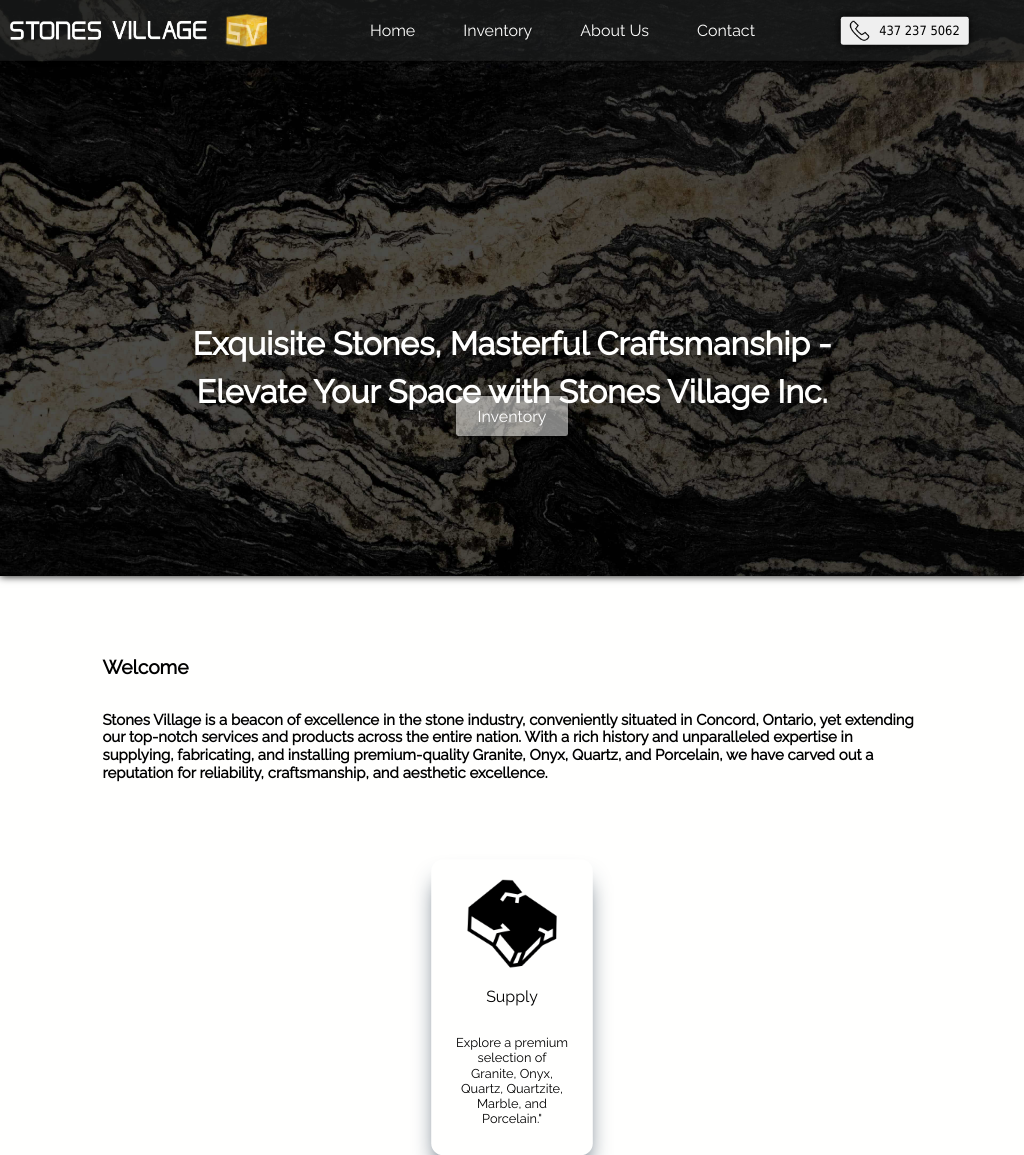
Repository: shayanabedi98/Stones-Village
Page: index.html
These files come from the project's save history. The page is drawn as it stood at one moment and after the next save; the edit follows.
The browser window is 1280 px wide. The pictures show the whole page, at 80% of full size.
Backgrounds fixed to the window are drawn as part of the page.

Above is the page before, as saved 2023-10-22 16:39:33.

### index.html
<!DOCTYPE html>
<html lang="en">
<head>
    <meta charset="UTF-8">
    <meta name="viewport" content="width=device-width, initial-scale=1.0">
    <title>Stones Village | Home</title>
    <link rel="preconnect" href="https://fonts.googleapis.com">
    <link rel="preconnect" href="https://fonts.gstatic.com" crossorigin>
    <link href="https://fonts.googleapis.com/css2?family=Raleway&display=swap" rel="stylesheet">
    <link rel="stylesheet" href="styles.css">
</head>
<body>
    <div class="grid-container">
        <div class="navbar">
            <div class="logo">
                <img id="logo-name" src="./resources/sv-name.png" alt="Company name">
                <img id="logo-cube" src="./resources/sv-cube.png" alt="Company logo">
            </div>
            <div class="navbar-menu">
                <ul>
                    <li><a href="./">Home</a></li>
                    <li><a href="./inventory">Inventory</a></li>
                    <li><a href="./about-us">About Us</a></li>
                    <li><a href="./contact">Contact</a></li>
                </ul>
            </div>
            <div class="navbar-tel">
                <button><a href="tel:+14372375062">
                    <img src="./resources/telephone-svgrepo-com.png" alt="Contact By Number">
                    437 237 5062
                </a></button>
            </div>
        </div>
        <div class="banner">
            <!-- Background Image -->
        </div>
        <div class="banner-overlay">
            <h1>Exquisite Stones, Masterful Craftsmanship - Elevate Your Space with Stones Village Inc.</h1>
            <button>Inventory</button>
        </div>
        <div class="services-container">
            <h2>Welcome</h2>
            <h3>Stones Village is a beacon of excellence in the stone industry, conveniently situated in Concord, Ontario, yet extending our top-notch services and products across the entire nation. With a rich history and unparalleled expertise in supplying, fabricating, and installing premium-quality Granite, Onyx, Quartz, and Porcelain, we have carved out a reputation for reliability, craftsmanship, and aesthetic excellence.</h3>
            <div class="card-container">
                <div class="card">
                    <img src="./resources/stone-tablet-svgrepo-com.png" alt="Icon of Stone Slab">
                    <div class="card-text">
                        <p class="card-name">Supply</p>
                        <p class="card-description">Explore a premium selection of Granite, Onyx, Quartz, Quartzite, Marble, and Porcelain."</p>
                    </div>
                </div>
            </div>

            <!-- Free Quotations
Stonica Group Inc. offers no-obligation, comprehensive quotes for all project sizes. Our experts provide a detailed cost estimate, ensuring transparency and no hidden charges.


Measurements
We use advanced tools for precise project measurements, considering the environment and potential challenges to ensure seamless integration of our fabrications into your space.


Fabrication
Our high-quality fabrication service is handled by a skilled team and cutting-edge facilities. We handle various materials and complexities, ensuring the finished product meets the highest industry standards.


Installation
Our trained professionals carry out careful and precise installations. We also perform comprehensive checks post-installation, ensuring a perfect fit and function. Your satisfaction is our ultimate goal. -->
        </div>
    </div>
    <script src="./index.js"></script>
</body>
</html>

### styles.css
body {
    background-color: #FFFFFE;
    color: #000000;
    font-family: 'Raleway', sans-serif;
    margin: 0;
    padding: 0;
}

.navbar {
    display: grid;
    grid-template-columns: 0.5fr 1fr 0.5fr;
    background-color: rgba(29, 31, 31, 0.7);
    box-shadow: 0 0 5px 0 rgb(0, 0, 0);
    padding: 10px;
    position: fixed;
    width: 100%;
    z-index: 1;
}

.logo {
    display: flex;
    align-items: center;
    justify-content: center;
}

#logo-cube {
    height: 42px;
    margin-left: 20px;
    cursor: pointer;
}

#logo-name {
    height: 28px;
    cursor: pointer;
}

.navbar-menu {
    display: grid;
    align-items: end;
}

.navbar-menu ul {
    display: flex;
    align-content: center;
    justify-content: center;
    list-style-type: none;
}

.navbar-menu a {
    text-decoration: none;
    color: #FFFFFE;
    font-size: 20px;
    margin-left: 60px;
}

.navbar-menu a:hover {
    color: #E0B739;
    transition: 0.3s;
    border-bottom: 8px solid #E0B739;
}

.navbar-menu a:not(:hover) {
    color: #FFFFFE;
    border-bottom: 0px;
    transition: 0.3s;
}

.navbar-tel {
    display: flex;
    justify-content: center;
    align-items: center;
}

.navbar-tel button {
    height: 35px;
    width: 160px;
    border: none;
    border-radius: 3px;
    box-shadow: 0 0 10px 0 rgb(0, 0, 0);
}

.navbar-tel img {
    height: 25px;
    margin-right: 12px;
}

.navbar-tel a {
    text-decoration: none;
    color: black;
    font-family: Tahoma, Verdana, sans-serif;
    font-size: 16px;
    display: flex;
    align-items: center;
    justify-content: center;
}

.banner {
    background-attachment: fixed;
    height: 100vh;
    background-size: 2100px;
    background-repeat: no-repeat;
    background-position: 0 -400px;
    transition: opacity 1s ease-in-out, background-size 0s, background-position 0s;
}

.banner-overlay {
    background-color: rgba(0, 0, 0, 0.7);
    box-shadow: 0 0 10px 0 black;
    display: grid;
    grid-template-rows: 0.8fr 1fr;
    justify-items: center;
    align-items: center;
    text-align: center;
    position: absolute;
    height: 100vh;
    width: 100%;
    top: 0;
}

.banner-overlay h1 {
    margin: 0;
    color: #FFFFFE;
    position: relative;
    font-size: 40px;
    top: 300px;
    width: 70%;
    line-height: 60px;
}

.banner-overlay button {
    font-family: 'Raleway', sans-serif;
    background-color: rgba(255, 255, 254, 0.5);
    color: white;
    border: none;
    border-radius: 3px;
    font-size: 20px;
    width: 140px;
    height: 50px;
    box-shadow: 0 0 2px 0 black;
    cursor: pointer;
}

.banner-overlay button:hover {
    box-shadow: 0 0 15px 0 black;
    background-color: rgb(224, 183, 57);
    transition: 0.3s;
}

.banner-overlay button:not(:hover) {
    box-shadow: 0 0 5px 0 black;
    transition: 0.3s;
}

.services-container {
    display: grid;
    justify-items: center;
    margin-top: 80px;
}

.services-container h2, h3 {
    width: 80%;
}

.card-container {
    display: grid;
    width: 100%;
    justify-items: center;
    margin-top: 80px;
}

.card {
    width: 15%;
    display: grid;
    justify-items: center;
    border-radius: 15px;
    box-shadow: rgb(38, 57, 77) 0px 20px 30px -10px;
    padding: 20px 5px;
}

.card img {
    height: 120px;
}

.card-text {
    display: grid;
    text-align: center;
    justify-items: center;
}

.card-name {
    font-size: 20px;
}

.card-description {
    width: 75%;
}

### index.js
const banner = document.querySelector('.banner');
const bannerImg = ['./resources/aaron-huber-G7sE2S4Lab4-unsplash.jpg', './resources/black-marble-texture2-min2.jpg', './resources/engin-akyurt-m555vEfryhE-unsplash.jpg', './resources/marble-2398956_1920.jpg'];
let bannerImgIndex = 0;
const logoName = document.querySelector('#logo-name');
const logoCube = document.querySelector('#logo-cube');
const navbar = document.querySelector('.navbar');

logoCube.addEventListener('click', () => {
    window.location.replace('./')
})

logoCube.addEventListener('mouseover', () => {
    navbar.style.backgroundColor = 'rgba(224, 183, 57,0.3)'
    navbar.style.transition = '4s'
})

logoCube.addEventListener('mouseout', () => {
    navbar.style.backgroundColor = 'rgba(29, 31, 31, 0.7)'
    navbar.style.transition = '2s'
})

logoName.addEventListener('click', () => {
    window.location.replace('./')
})

logoName.addEventListener('mouseover', () => {
    navbar.style.backgroundColor = 'rgba(224, 183, 57,0.3)'
    navbar.style.transition = '4s'
})

logoName.addEventListener('mouseout', () => {
    navbar.style.backgroundColor = 'rgba(29, 31, 31, 0.7)'
    navbar.style.transition = '2s'
})

const bannerImgChanger = () => {
    banner.style.opacity = '0'
    bannerImgIndex = (bannerImgIndex + 1) % bannerImg.length;
    banner.style.background = `url(${bannerImg[bannerImgIndex]})`;

    if (bannerImgIndex === 0) {
        banner.style.backgroundSize = '2100px';
        banner.style.backgroundPosition = '0 -400px'
        banner.style.backgroundAttachment = 'fixed';
        banner.style.opacity = '1'
        banner.style.transition = 'opacity 1s ease-in, background-size 0s, background-position 0s;';
        setTimeout(() => {
            banner.style.opacity = '0'
        }, 7000)

    } else if (bannerImgIndex === 1) {
        banner.style.backgroundSize = '2000px';
        banner.style.backgroundAttachment = 'fixed';
        banner.style.opacity = '1'
        banner.style.transition = 'opacity 1s ease-in, background-size 0s, background-position 0s;';
        setTimeout(() => {
            banner.style.opacity = '0'
        }, 7000)

    } else if (bannerImgIndex === 2) {
        banner.style.backgroundAttachment = 'fixed';
        banner.style.opacity = '1'
        banner.style.transition = 'opacity 1s ease-in, background-size 0s, background-position 0s;';
        setTimeout(() => {
            banner.style.opacity = '0'
        }, 7000)
    } else if (bannerImgIndex === 3) {
        banner.style.backgroundAttachment = 'fixed';
        banner.style.opacity = '1'
        banner.style.transition = 'opacity 1s ease-in, background-size 0s, background-position 0s;';
        setTimeout(() => {
            banner.style.opacity = '0'
        }, 7000)
    }
};

bannerImgChanger();

setInterval(bannerImgChanger, 8000)

After the next save:
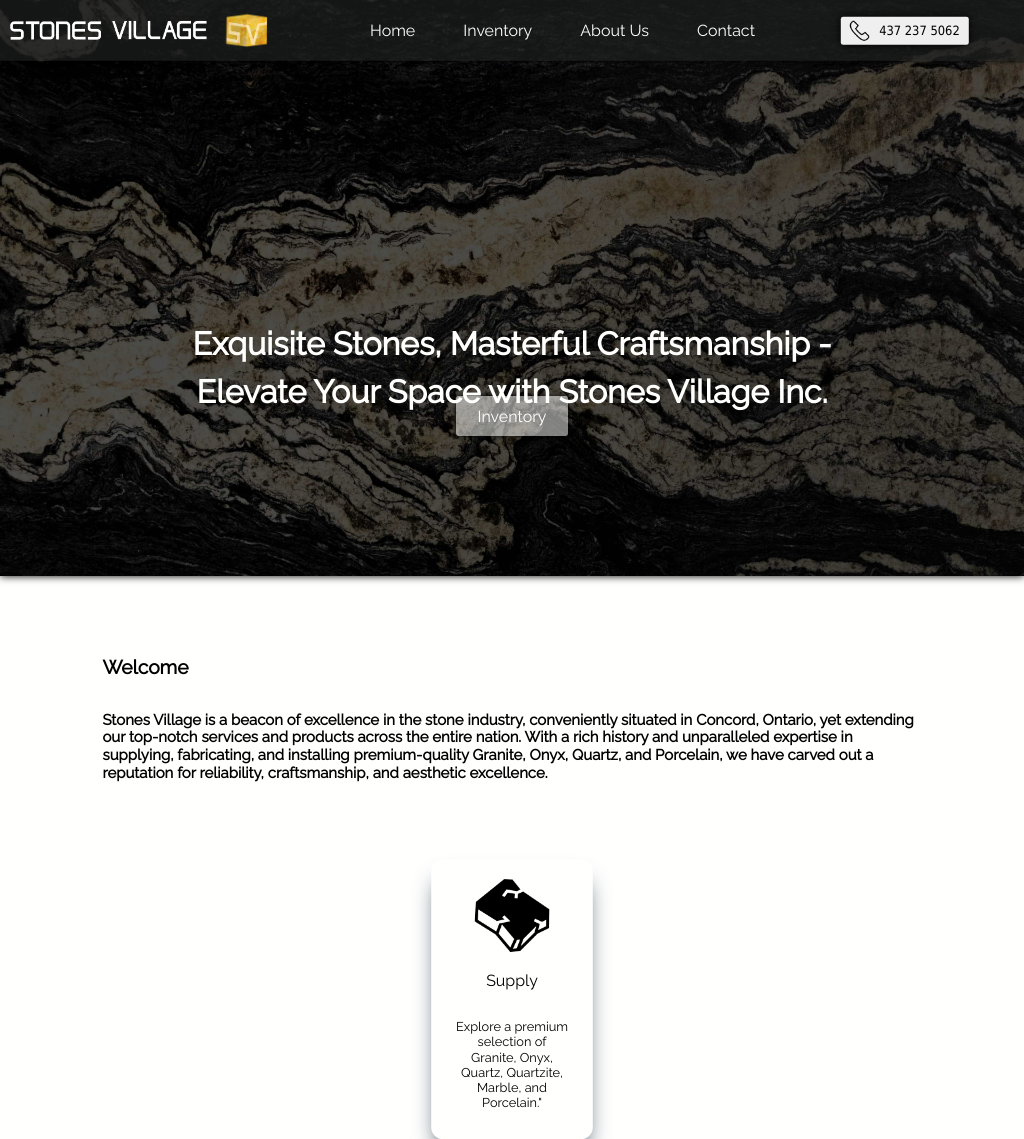
Saved 2 min 25 s later.
--- a/styles.css
+++ b/styles.css
@@ -178,7 +178,7 @@ body {
 }
 
 .card img {
-    height: 120px;
+    height: 100px;
 }
 
 .card-text {
